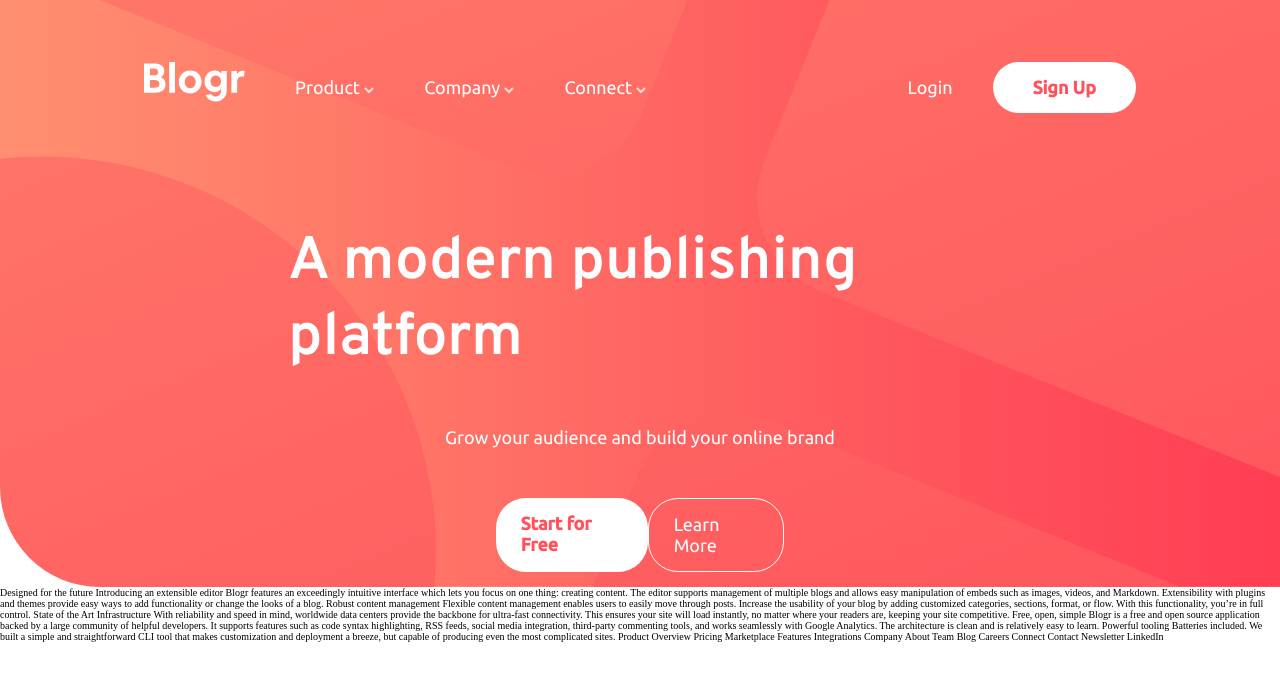
Repository: tomas938/tomaspage3
Page: index.html
The author's editor kept a copy of each file at every save. The page is drawn from the files as they stood at one save, then again after the next save.
The browser window is 1280 px wide. The pictures show the whole page.
The style sheet was rebuilt from its Sass, Less or Tailwind sources for each picture, by a compiler version that may differ from the author's.

Above is the page before, as saved 2021-07-30 09:28:20.

### index.html
<!DOCTYPE html>
<html lang="en">
	<head>
		<meta charset="UTF-8" />
		<meta name="viewport" content="width=device-width, initial-scale=1.0" />
		<!-- displays site properly based on user's device -->

		<link
			rel="icon"
			type="image/png"
			sizes="32x32"
			href="./images/favicon-32x32.png"
		/>

		<title>Frontend Mentor | [Blogr]</title>

		<link rel="stylesheet" href="./scss/main.css" />
	</head>
	<body>
		<section class="intro">
			<header>
				<nav class="intro__navigation">
					<div class="intro__navigation__logo">
						<svg width="101" height="40" xmlns="http://www.w3.org/2000/svg">
							<path
								d="M0 30.803V1.486h10.653c1.982 0 3.695.31 5.14.93 1.446.619 2.56 1.5 3.345 2.642.785 1.142 1.177 2.484 1.177 4.026 0 1.404-.303 2.636-.909 3.695a6.48 6.48 0 01-2.56 2.498c1.487.578 2.643 1.494 3.469 2.746.826 1.253 1.239 2.732 1.239 4.439 0 1.707-.44 3.18-1.322 4.418-.88 1.239-2.12 2.202-3.716 2.89-1.596.688-3.482 1.033-5.657 1.033H0zM5.946 6.565v6.73h4.046c1.35 0 2.388-.282 3.118-.846.73-.564 1.094-1.397 1.094-2.498 0-1.101-.365-1.94-1.094-2.519-.73-.578-1.769-.867-3.118-.867H5.946zm0 19.159h4.624c1.542 0 2.732-.33 3.572-.991.84-.66 1.26-1.61 1.26-2.85 0-1.238-.42-2.188-1.26-2.848-.84-.66-2.03-.991-3.572-.991H5.946v7.68zm19.282 5.079V0h5.781v30.803h-5.78zm20.893.619c-1.624 0-3.124-.29-4.5-.867a10.94 10.94 0 01-3.593-2.416 10.96 10.96 0 01-2.374-3.654c-.564-1.404-.846-2.931-.846-4.583 0-1.652.289-3.173.867-4.563a11.354 11.354 0 012.415-3.654 10.96 10.96 0 013.634-2.436c1.39-.578 2.91-.867 4.562-.867 1.625 0 3.125.289 4.501.867a10.94 10.94 0 013.592 2.416 11.01 11.01 0 012.375 3.633c.564 1.39.846 2.911.846 4.563 0 1.651-.289 3.179-.867 4.583a11.297 11.297 0 01-2.416 3.675 10.96 10.96 0 01-3.633 2.436c-1.39.578-2.911.867-4.563.867zm.083-5.203c1.046 0 1.982-.275 2.808-.825.825-.551 1.48-1.301 1.96-2.25.483-.95.723-2.03.723-3.242 0-1.211-.24-2.292-.722-3.241-.482-.95-1.136-1.7-1.961-2.25-.826-.551-1.762-.826-2.808-.826-1.046 0-1.982.275-2.808.825-.826.55-1.48 1.301-1.961 2.25-.482.95-.723 2.03-.723 3.242 0 1.211.241 2.292.723 3.241.482.95 1.135 1.7 1.961 2.25.826.551 1.762.826 2.808.826zm24.155 3.964a9.13 9.13 0 01-3.86-.826 9.492 9.492 0 01-3.118-2.291c-.881-.977-1.57-2.12-2.065-3.427-.495-1.308-.743-2.719-.743-4.233 0-1.569.255-3.02.764-4.356a10.614 10.614 0 012.147-3.489 10.174 10.174 0 013.22-2.333c1.225-.564 2.554-.846 3.985-.846 1.404 0 2.67.282 3.799.846a7.402 7.402 0 012.807 2.457l.124-2.684h5.327v19.2c0 1.68-.269 3.207-.805 4.584-.537 1.376-1.301 2.56-2.292 3.55a10.231 10.231 0 01-3.53 2.292c-1.363.537-2.87.805-4.522.805-1.624 0-3.083-.254-4.376-.764a10.468 10.468 0 01-3.386-2.126 10.035 10.035 0 01-2.271-3.18L67.097 32a5.452 5.452 0 001.92 1.879c.784.454 1.672.681 2.663.681 1.074 0 2.003-.24 2.787-.723.785-.481 1.397-1.156 1.838-2.023.44-.867.66-1.879.66-3.035v-1.775a7.793 7.793 0 01-2.828 2.333c-1.143.564-2.402.846-3.778.846zm1.404-5.12c1.018 0 1.92-.254 2.704-.764a5.556 5.556 0 001.879-2.064c.468-.867.702-1.851.702-2.952 0-1.102-.234-2.086-.702-2.953a5.556 5.556 0 00-1.879-2.064c-.784-.51-1.686-.764-2.704-.764-1.019 0-1.92.255-2.705.764a5.556 5.556 0 00-1.879 2.064c-.468.867-.702 1.851-.702 2.953 0 1.1.234 2.085.702 2.952a5.556 5.556 0 001.88 2.064c.784.51 1.685.764 2.704.764zm15.607 5.74V9h5.327l.206 3.304c.55-1.157 1.294-2.044 2.23-2.664.936-.62 2.037-.929 3.303-.929.386 0 .77.035 1.156.103.386.07.73.159 1.033.269l-.62 5.698a4.361 4.361 0 00-.929-.227 7.495 7.495 0 00-.97-.062c-1.597 0-2.822.489-3.675 1.466-.853.977-1.28 2.36-1.28 4.15v10.694h-5.78z"
								fill="#FFF"
								fill-rule="nonzero"
							/>
						</svg>
						<ul>
							<li>
								<a href="#">Product</a>
								<svg xmlns="http://www.w3.org/2000/svg" width="10" height="7">
									<path
										fill="none"
										stroke="#FFF"
										stroke-width="2"
										opacity=".75"
										d="M1 1l4 4 4-4"
									/>
								</svg>
							</li>
							<li>
								<a href="#">Company</a>
								<svg xmlns="http://www.w3.org/2000/svg" width="10" height="7">
									<path
										fill="none"
										stroke="#FFF"
										stroke-width="2"
										opacity=".75"
										d="M1 1l4 4 4-4"
									/>
								</svg>
							</li>
							<li>
								<a href="#">Connect</a>
								<svg xmlns="http://www.w3.org/2000/svg" width="10" height="7">
									<path
										fill="none"
										stroke="#FFF"
										stroke-width="2"
										opacity=".75"
										d="M1 1l4 4 4-4"
									/>
								</svg>
							</li>
						</ul>
					</div>
					<div class="intro__navigation__login">
						<div class="button button--1">Login</div>
						<div class="button button--2">Sign Up</div>
					</div>
				</nav>
			</header>
			<div class="intro__description">
				<h1>A modern publishing platform</h1>
				<p>Grow your audience and build your online brand</p>
				<div class="intro__description__buttons">
					<div class="button button--3">Start for Free</div>
					<div class="button button--4">Learn More</div>
				</div>
			</div>
		</section>

		Designed for the future Introducing an extensible editor Blogr features an
		exceedingly intuitive interface which lets you focus on one thing: creating
		content. The editor supports management of multiple blogs and allows easy
		manipulation of embeds such as images, videos, and Markdown. Extensibility
		with plugins and themes provide easy ways to add functionality or change the
		looks of a blog. Robust content management Flexible content management
		enables users to easily move through posts. Increase the usability of your
		blog by adding customized categories, sections, format, or flow. With this
		functionality, you’re in full control. State of the Art Infrastructure With
		reliability and speed in mind, worldwide data centers provide the backbone
		for ultra-fast connectivity. This ensures your site will load instantly, no
		matter where your readers are, keeping your site competitive. Free, open,
		simple Blogr is a free and open source application backed by a large
		community of helpful developers. It supports features such as code syntax
		highlighting, RSS feeds, social media integration, third-party commenting
		tools, and works seamlessly with Google Analytics. The architecture is clean
		and is relatively easy to learn. Powerful tooling Batteries included. We
		built a simple and straightforward CLI tool that makes customization and
		deployment a breeze, but capable of producing even the most complicated
		sites. Product Overview Pricing Marketplace Features Integrations Company
		About Team Blog Careers Connect Contact Newsletter LinkedIn
	</body>
</html>

### scss/main.scss
@import "../scss_partials/variables";
@import "../scss_partials/resets";
@import "../scss_partials/intro";

### scss_partials/_variables.scss
//Colors

/* PRIMARY */

$light-red: hsl(356, 100%, 66%);
$very-light-red: hsl(355, 100%, 74%);
$very-dark-blue: hsl(208, 49%, 24%);

/* NEUTRAL */

$white: hsl(0, 0%, 100%);
$grayish-blue: hsl(240, 2%, 79%); //Footer Text
$very-dark-grayish-blue: hsl(207, 13%, 34%);
$very-dark-black-blue: hsl(240, 10%, 16%); //Footer Background

/* GRADIENT */

$very-light-red-gradient: hsl(13, 100%, 72%); // Intro /CTA
$light-red-gradient: hsl(353, 100%, 62%); // Intro /CTA

$very-dark-gray-blue: hsl(237, 17%, 21%); // Background body gradient
$very-dark-desaturated-blue: hsl(237, 23%, 32%); // Background body gradient

//Fonts

@import url("https://fonts.googleapis.com/css2?family=Overpass:wght@300;600&display=swap");

$font-primary: "Overpass", sans-serif;
$font-weight-primary-light: 300;
$font-weight-primary-bold: 600;

@import url("https://fonts.googleapis.com/css2?family=Ubuntu:ital,wght@0,400;0,500;1,700&display=swap");

$font-secondary: "Ubuntu", sans-serif;

$font-weight-secondary-light: 400;
$font-weight-secondary-medium: 500;
$font-weight-secondary-bold: 700;

### scss_partials/_resets.scss
* {
	margin: 0;
	padding: 0;
	box-sizing: border-box;
}
html {
	font-size: 62.5%;
}
li {
	list-style: none;
}
a {
	text-decoration: none;
}

### scss_partials/_intro.scss
.intro {
	height: 81.5vh;
	background-image: url(../images/bg-pattern-intro.svg),
		linear-gradient(to right, $very-light-red-gradient, $light-red-gradient);
	background-position: center center;
	border-bottom-left-radius: 10rem;
	font-family: $font-secondary;
	font-weight: $font-weight-secondary-light;
	color: $white;
	font-size: 1.8rem;
	header {
		width: 100%;
	}
	&__navigation {
		width: 77.5%;
		margin: auto;
		padding: 6.2rem 0;
		display: flex;
		justify-content: space-between;
		&__logo {
			display: flex;
		}
		ul {
			display: flex;
			align-items: center;
		}
		li {
			margin-left: 5rem;
		}

		a {
			color: $white;
		}
		&__login {
			display: flex;
			align-items: center;
		}
	}
	&__description {
		width: 55%;
		margin: auto;
		h1 {
			padding: 5rem 0;
			font-size: 6rem;
			font-family: $font-primary;
			font-weight: $font-weight-primary-bold;
		}
		p {
			text-align: center;
		}
		&__buttons {
			padding: 5rem 0;
			width: 41%;
			margin: auto;
			display: flex;
			justify-content: space-between;
		}
	}
}
.button {
	cursor: pointer;
	padding: 1.5rem 4rem;
	border-radius: 3rem;
}
.button--2 {
	background-color: $white;
	color: $light-red;
	font-family: $font-secondary;
	font-weight: $font-weight-secondary-bold;
	transition: all 0.3s ease-in-out;
}
.button--2:hover {
	background-color: hsla(0, 0%, 100%, 0.267);
	color: $white;
}
.button--3 {
	background-color: $white;
	color: $light-red;
	font-family: $font-secondary;
	font-weight: $font-weight-secondary-bold;
	transition: all 0.3s ease-in-out;
	padding: 1.5rem 2.5rem;
}
.button--3:hover {
	background-color: hsla(0, 0%, 100%, 0.267);
	color: $white;
}
.button--4 {
	border: 1px solid $white;
	padding: 1.5rem 2.5rem;
}

After the next save:
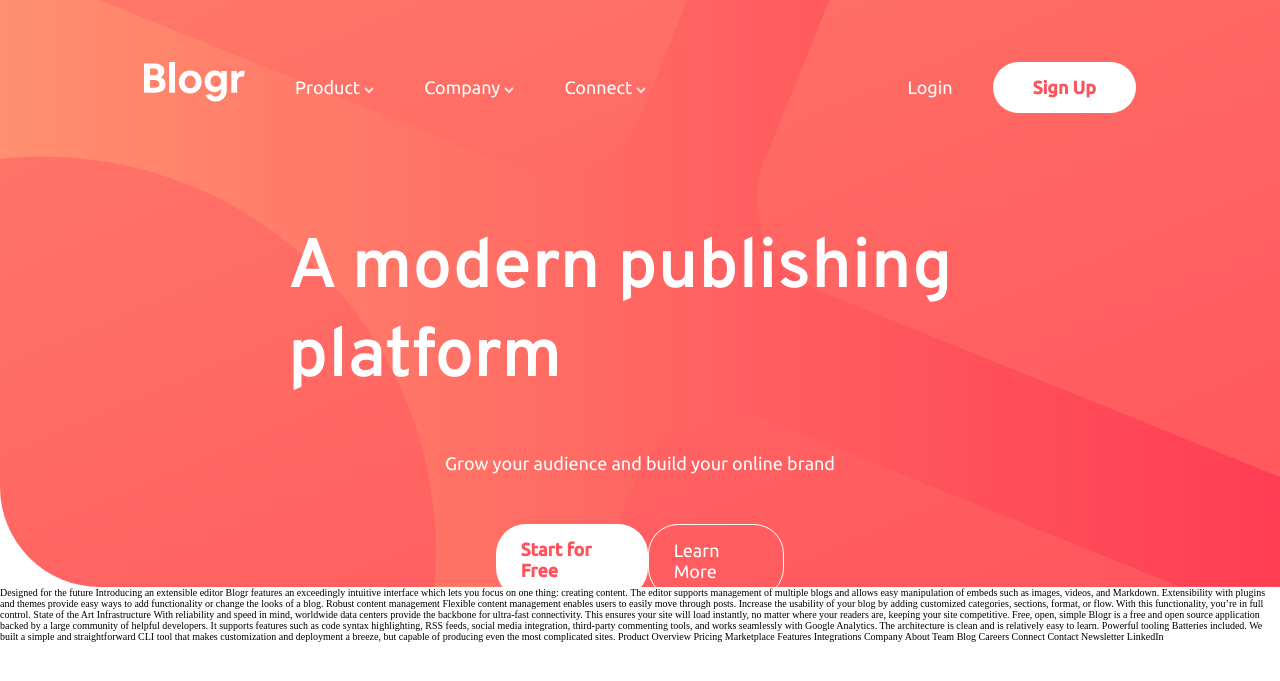
Saved 6 s later.
--- a/scss_partials/_intro.scss
+++ b/scss_partials/_intro.scss
@@ -41,7 +41,7 @@
 		margin: auto;
 		h1 {
 			padding: 5rem 0;
-			font-size: 6rem;
+			font-size: 7rem;
 			font-family: $font-primary;
 			font-weight: $font-weight-primary-bold;
 		}
